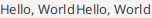
Repository: S--Minecraft/twgitter
Program's window: java twgitter-gui/src/twgitter/gui/Main.java
These files come from the project's save history. The program's window is drawn as it stood at one moment and after a run of saves; the edit follows.
It runs on Java 21 on a 1366 x 768 screen with JavaFX 11; the title bar is not drawn.

Above is the program's window before, as saved 2014-09-21 13:36:47.

### twgitter-gui/src/twgitter/gui/Main.java
package twgitter.gui;

import javafx.application.Application;
import javafx.scene.Scene;
import javafx.scene.control.Label;
import javafx.scene.layout.HBox;
import javafx.stage.Stage;


public class Main extends Application {
	public static void main(String[] args){
	    Application.launch(args);
	  }

	  @Override
	  public void start(Stage stage) {
	    HBox hbox = new HBox();
	    Scene scene = new Scene(hbox);
	    hbox.getChildren().add(new Label("Hello, World"));
	    hbox.getChildren().add(new Label("Hello, World"));

	    stage.setScene(scene);
	    stage.setTitle("Hello");
	    stage.show();
	  }
	}
/*
	@Override
	public void start(Stage primaryStage) {
		try {
			BorderPane root = (BorderPane)FXMLLoader.load(getClass().getResource("First.fxml"));
			Scene scene = new Scene(root,400,600);
			scene.getStylesheets().add(getClass().getResource("application.css").toExternalForm());
			primaryStage.setScene(scene);

			Tabs toptab = new Tabs();
			String[] topTabName = {"All","Twitter","App.Net","Croudia","Gitter","IRC","Slack"};
			toptab.init(primaryStage,topTabName,400,600);

			Tabs secondtab = new Tabs();
			String[] secondTabName = {"Messages","Favorites","Re","Reply","Mentions"};
			secondtab.init(primaryStage,secondTabName,400,600);


			primaryStage.show();
		} catch(Exception e) {
			e.printStackTrace();
		}
	}
*/

After the next 2 saves:
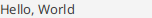
The 2 saves are shown as one change because 1 did not build or start.
The last was saved 62 s later.
--- a/twgitter-gui/src/twgitter/gui/Main.java
+++ b/twgitter-gui/src/twgitter/gui/Main.java
@@ -14,12 +14,16 @@
 
 	  @Override
 	  public void start(Stage stage) {
-	    HBox hbox = new HBox();
-	    Scene scene = new Scene(hbox);
-	    hbox.getChildren().add(new Label("Hello, World"));
-	    hbox.getChildren().add(new Label("Hello, World"));
+	    HBox hbox1 = new HBox();
+	    HBox hbox2 = new HBox();
+	    Scene scene1 = new Scene(hbox1);
+	    Scene scene2 = new Scene(hbox2);
+	    hbox1.getChildren().add(new Label("Hello, World"));
+	    hbox2.getChildren().add(new Label("Hello, World"));
 
-	    stage.setScene(scene);
+	    stage.setScene(scene1);
+	    stage.setTitle("Hello");
+	    stage.setScene(scene2);
 	    stage.setTitle("Hello");
 	    stage.show();
 	  }
